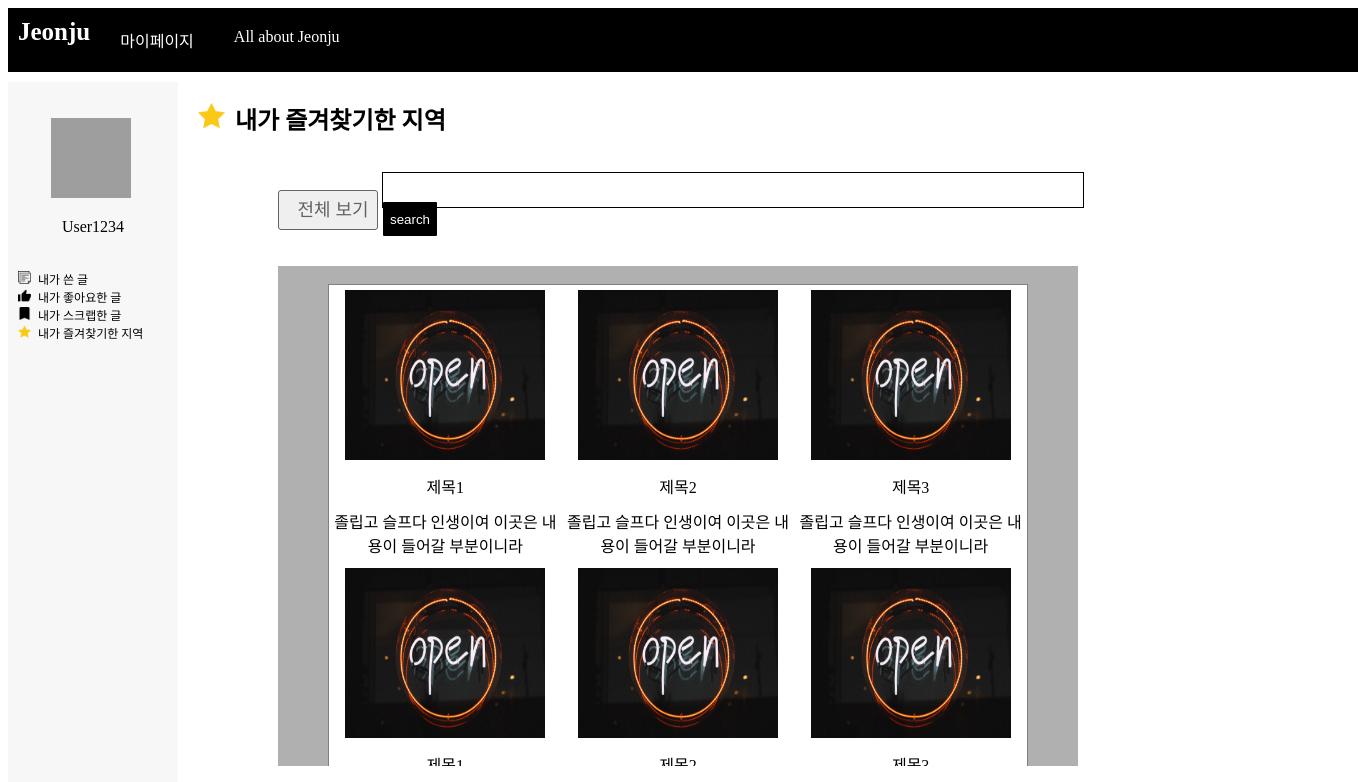
Repository: wka99/WEB-PROJECT
Page: Jeonju/WebContent/UserPage4.html
These files come from the project's save history. The page is drawn as it stood at one moment and after the next save; the edit follows.
The browser window is 1280 px wide. The page is 1358 px wide, so the pictures cover 1358 px, including what lies to the right of the window. The pictures show the whole page.
Pictures or frames that could not be fetched are drawn as grey boxes. An inner scrolling area shows only its first screen.

Above is the page before, as saved 2018-12-03 09:48:51.

### Jeonju/WebContent/UserPage4.html
<!DOCTYPE html>
<html>
<head>
<meta content="text/html" charset="EUC-KR">
<title>전주 mypage</title>
<link rel="stylesheet" type="text/css" href="NewFile.css">
</head>
<body>
<div id="container">
	<ul class="menubar">
		<li class="h"><a class="title" href="##"><b>Jeonju</b></a></li>
		<li class="h"><a class="h" href="UserPage.html">마이페이지</a>
			<ul>
				<li><a href="UserPage.html">내가 쓴 글</a></li>
				<li><a href="UserPage2.html">내가 좋아요한 글</a></li>
				<li><a href="UserPage3.html">내가 스크랩한 글</a></li>
				<li><a href="UserPage4.html">내가 즐겨찾기한 글</a></li>
			</ul>
		</li>
		<li class="h"><a class="h" href="##">All about Jeonju</a></li>
	</ul>
    <nav>
    	<br><br>
    	<img id="userImg" src="user.png" width="80px" height="80px"></img>
    	<br><p align="center">User1234</p><br></a>
	<div class="menu">
    	<img id="usermenuimg" src="paper.png"></img>
    	<a href="UserPage.html"><span>&nbsp;내가 쓴 글</span><br></a>
    	<img id="usermenuimg" src="thumb-up-button.png"></img>
    	<a href="UserPage2.html"><span>&nbsp;내가 좋아요한 글</span><br></a>
    	<img id="usermenuimg" src="bookmark-ribbon.png"></img>
    	<a href="UserPage3.html"><span>&nbsp;내가 스크랩한 글</span><br></a>
    	<img id="usermenuimg" src="star.png"></img>
    	<a href="UserPage4.html"><span>&nbsp;내가 즐겨찾기한 지역</span></a>
	</div>
    </nav>
    <section>
    	<div class="title">
    		<img class="bigMenu" id="내가 즐겨찾기한 지역" src="star.png" width="27px" height="27px"></img>
    		<b><font size="5">&nbsp;내가 즐겨찾기한 지역</font></b>
    	</div>
    	<br><br>
    	<form action="##" method="get">
    	<select align="center">
    		<option value="0">전체 보기</option>
    	</select>
    	<div class="searchwindow4">
    		<input type="text" class="searchtext4" value=""/>
    		<button id="searchbutton4" type="button" class="search4">search</button>
    	</div>
    	</form>
    	<br><br>
    	<div class="bookmark_posts">
    	<br>
    	<table id="bookmark-table">
    		<tbody>
    		<tr>
				<td><img src="ds.jpg" width="200px" height="170px"></td>
				<td><img src="ds.jpg" width="200px" height="170px"></td>
				<td><img src="ds.jpg" width="200px" height="170px"></td>
    		</tr>
    		<tr>
    			<td height="10px">제목1</td>
				<td height="10px">제목2</td>
				<td height="10px">제목3</td>
    		</tr>
    		<tr>
    			<td height="50px">졸립고 슬프다 인생이여 이곳은 내용이 들어갈 부분이니라</td>
				<td height="50px">졸립고 슬프다 인생이여 이곳은 내용이 들어갈 부분이니라</td>
				<td height="50px">졸립고 슬프다 인생이여 이곳은 내용이 들어갈 부분이니라</td>
    		</tr>
    		<tr>
				<td><img src="ds.jpg" width="200px" height="170px"></td>
				<td><img src="ds.jpg" width="200px" height="170px"></td>
				<td><img src="ds.jpg" width="200px" height="170px"></td>
    		</tr>
    		<tr>
    			<td height="10px">제목1</td>
				<td height="10px">제목2</td>
				<td height="10px">제목3</td>
    		</tr>
    		<tr>
    			<td height="50px">졸립고 슬프다 인생이여 이곳은 내용이 들어갈 부분이니라</td>
				<td height="50px">졸립고 슬프다 인생이여 이곳은 내용이 들어갈 부분이니라</td>
				<td height="50px">졸립고 슬프다 인생이여 이곳은 내용이 들어갈 부분이니라</td>
    		</tr>
    		</tbody>
    	</table>
    	</div>
    </section>
</div>
</body>
</html>

### Jeonju/WebContent/NewFile.css
	#container{
		width:1350px;
		margin:0px auto;
	}
	header{
		    		width:100%;
                    height:50px;
                    background-color:black;
                    color:white;
                   }
    .menubar{
    	list-style-type:none;
    	margin:0;
    	padding:0;
    	overflow:hidden;
    	background-color:black;
    }
    li.h{
    	float:left;
    	solid #bbb;
    }
    li.h a.h{
    	display:block;
    	color:white;
    	text-align:center;
    	padding:20px;
    	text-decoration:none;
    }
    li.h a.title{
    	display:block;
    	color:white;
    	text-align:center;
    	padding:10px;
    	text-decoration:none;
    	font-size:25px;
    }
    .menubar li ul{
    	opacity:0.8;
		background: rgb(109,109,109);
		display:none; /* 평상시에는 드랍메뉴가 안보이게 하기 */
		height:auto;
		padding:0px;
		margin:0px;
		border:0px;
		position:absolute;
		width:200px;
		z-index:200;
	}
	.menubar li:hover ul{
		display:block; /* 마우스 커서 올리면 드랍메뉴 보이게 하기 */
	}
	.menubar li li {
	background: rgb(109,109,109);
	display:block;
	float:none;
	margin:0px;
	padding:0px;
	width:200px;
	}
	.menubar li:hover li a{
	background:none;
	}
	.menubar li ul a{
	display:block;
    color:white;
    text-align:left;
    text-decoration:none;
    padding:15px;
	}
	.menubar li ul a:hover, .menubar li ul li:hover a{
	background: rgb(71,71,71);
	border:0px;
	color:#ffffff;
	text-decoration:none;
	}
    li.h a.h:hover{background-color:#dfdfdf;}

    .searchwindow {
	display: inline-block;
	width: 800px; height: 34px;
	border: 1px solid black;
	background: white;
	align:center;
	margin-left:100px;
	}
	.searchtext {
		width: 731px; height: 21px;
		margin: 6px 0 0 9px;
		border: 0;
		line-height: 21px;
		font-size: 16px;
		outline: none;
	}
	.searchwindow4 {
	display: inline-block;
	width: 700px; height: 34px;
	border: 1px solid black;
	background: white;
	align:center;
	}
	.searchtext4 {
		width: 631px; height: 21px;
		margin: 6px 0 0 9px;
		border: 0;
		line-height: 21px;
		font-size: 16px;
		outline: none;
	}
	.search,.search4 {
		width: 54px; height: 34px;
		margin: 0; border: 0;
		vertical-align: top;
		background: black;
		color: white;
		border-radius: 1px;
		cursor: pointer;
	}
	.search:hover,.search4:hover {
		background: #faa93e;
	}

	.btn-2,
	.btn-2::after {
	  -webkit-transition: all 0.3s;
	    -moz-transition: all 0.3s;
	  -o-transition: all 0.3s;
	    transition: all 0.3s;
	}
	.btn-2{
	  background: none;
	  border: 2px solid #000000;
	  border-radius: 5px;
	  color: #000000;
	  display: block;
	  font-size: 20px;

	  position: relative;
	  text-transform: uppercase;
	}

	.btn-2::before,
	.btn-2::after {
	  background: #000000;
	  content: '';
	  position: absolute;
	  z-index: -1;
	}

	.btn-2:hover {
	  color: #fff;
	}

	.btn-2::after {
	  height: 100%;
	  left: 0;
	  top: 0;
	  width: 0;
	}

	.btn-2:hover:after {
	  width: 100%;
	}
	select {
		margin-left:100px;
	    width: 100px;
	    height: 40px;
	    padding-left: 10px;
	    font-size: 18px;
	    color:#636363;
	    border: 1px solid #636363;
	    border-radius: 3px;
	    -webkit-appearance: none; /* 화살표 없애기 for chrome*/
	   -moz-appearance: none;    /* 화살표 없애기 for firefox*/
	   appearance: none;         /* 화살표 없애기 공통*/
	}
    nav{
            float:left;
            margin-top:10px;
            background-color:#f7f7f7;
            width:170px;
            height:700px;}
    section{
    		float:left;
    	}
    #userImg{margin-left:43px;}
    #usermenuimg{margin-left:10px;width:13px;height:13px;}
	.menu{margin-bottom:5px;}
    nav span{font-size:12px;}
    .menu a{color:black;text-decoration:none;}
    header a{color:white;text-decoration:none;}
    .bigMenu{margin-left:20px; margin-top:30px;}
    .myPost,.bookmark_posts{width:800px; height:500px; margin-left:100px; overflow:auto; background-color:#b0b0b0;}
    #user-table,#bookmark-table{margin:0 auto;text-align:center;border-collapse:collapse;width:700px;
                border:1px solid gray; background-color:white;}
    #user-table td,#bookmark-table td{padding:5px;}

After the next save:
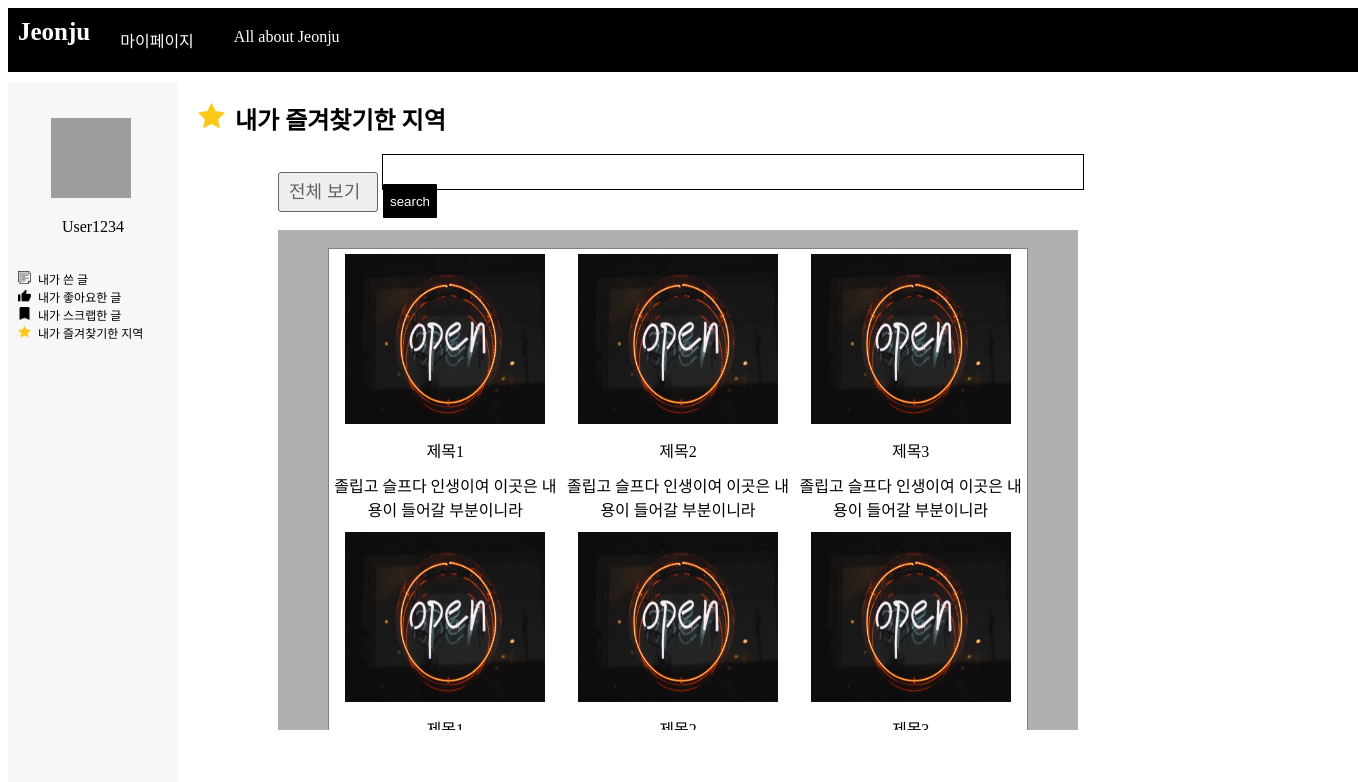
Saved 17 s later.
--- a/Jeonju/WebContent/UserPage4.html
+++ b/Jeonju/WebContent/UserPage4.html
@@ -39,9 +39,9 @@
     		<img class="bigMenu" id="내가 즐겨찾기한 지역" src="star.png" width="27px" height="27px"></img>
     		<b><font size="5">&nbsp;내가 즐겨찾기한 지역</font></b>
     	</div>
-    	<br><br>
+    	<br>
     	<form action="##" method="get">
-    	<select align="center">
+    	<select>
     		<option value="0">전체 보기</option>
     	</select>
     	<div class="searchwindow4">
@@ -49,7 +49,7 @@
     		<button id="searchbutton4" type="button" class="search4">search</button>
     	</div>
     	</form>
-    	<br><br>
+    	<br>
     	<div class="bookmark_posts">
     	<br>
     	<table id="bookmark-table">
